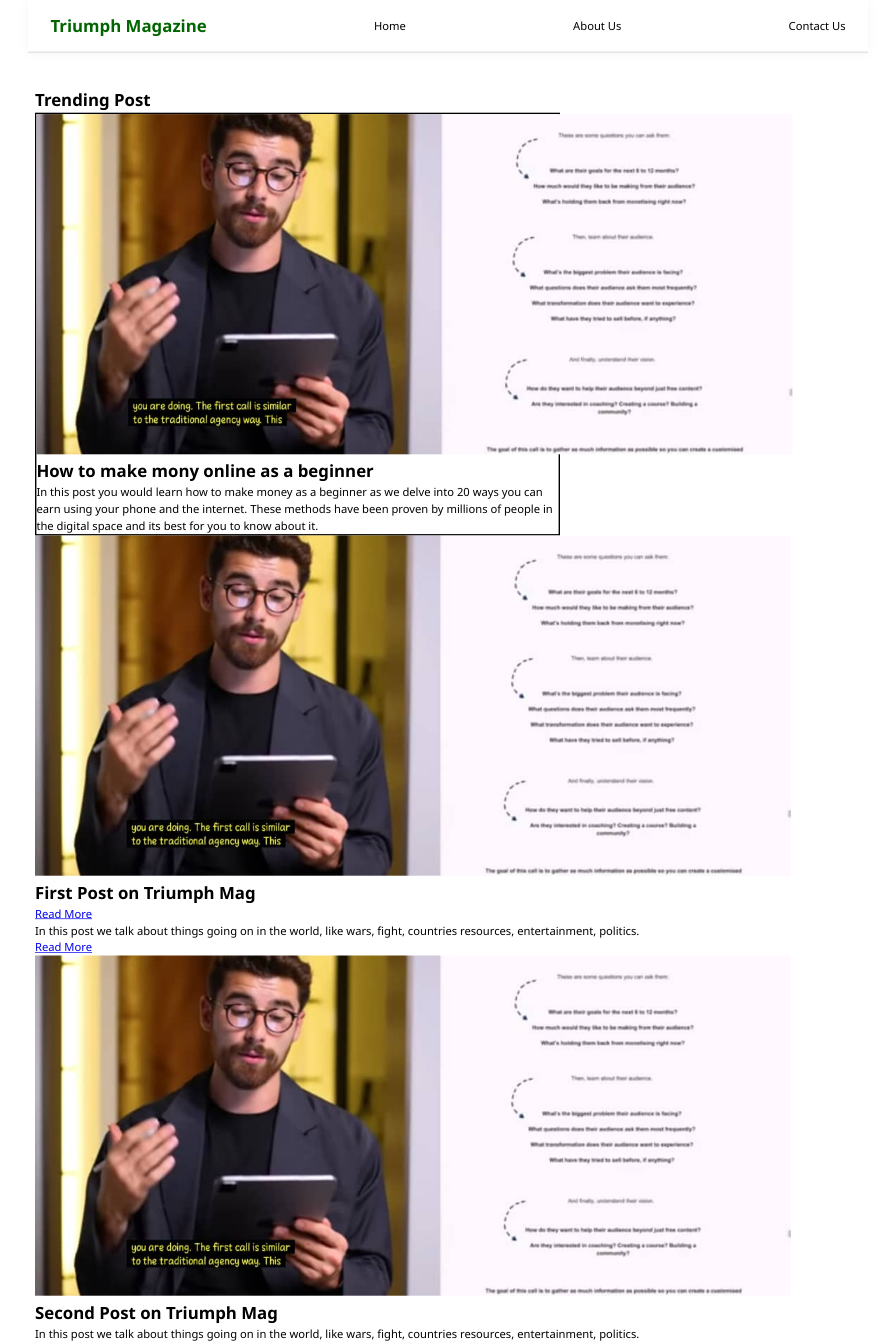
Repository: zikcolle/Triumph-Blog
Page: index.html
The author's editor kept a copy of each file at every save. The page is drawn from the files as they stood at one save, then again after a run of saves.
The browser window is 1280 px wide. The pictures show the part of the page from y = 0 to 1920 px (the page is 4943 px tall before and 5573 px after), at 70% of full size.

Above is the page before, as saved 2026-06-20 15:38:05.

After the next 2 saves:
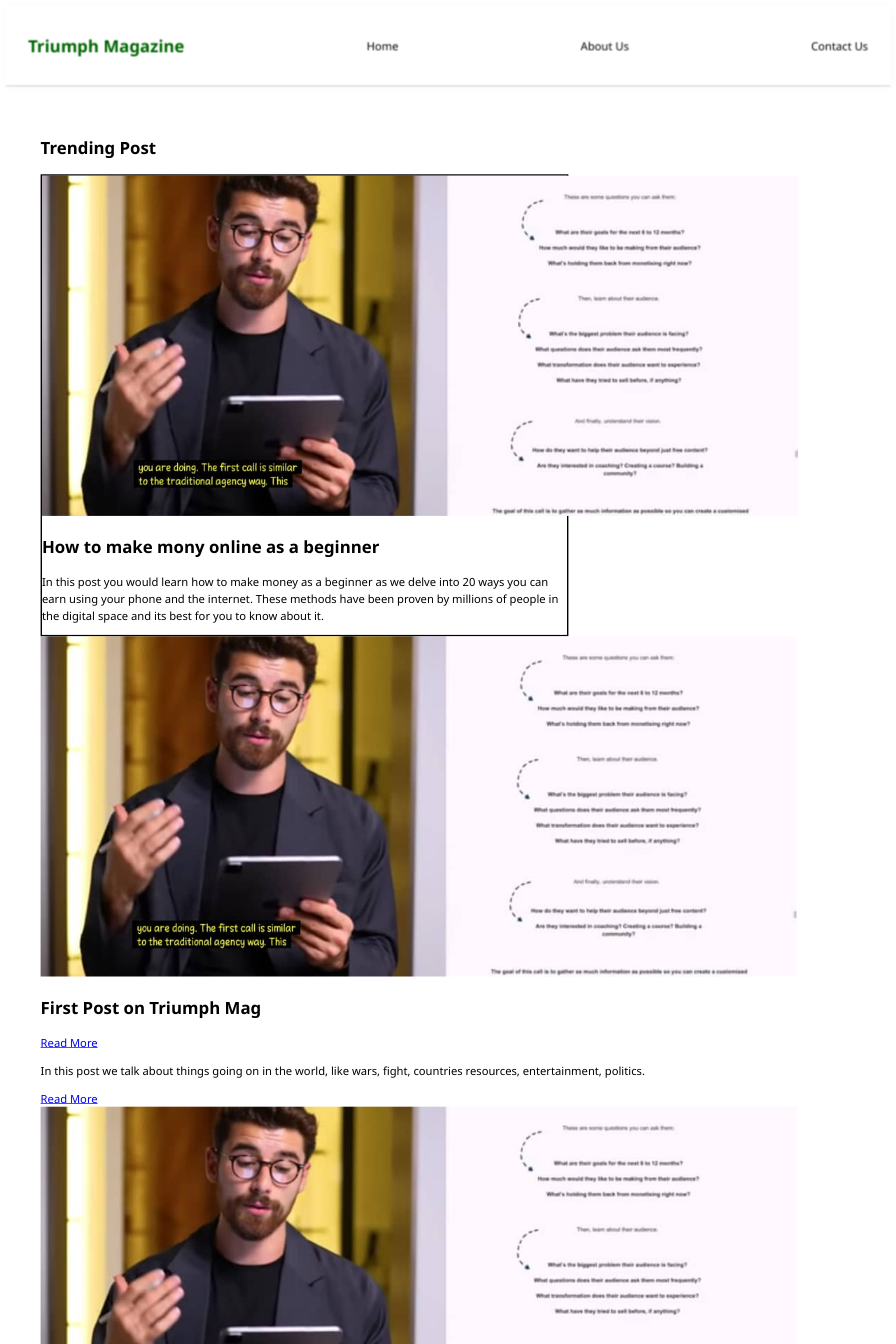
The 2 saves are shown as one change because they came seconds apart.
The last was saved 36 s later.
--- a/styles.css
+++ b/styles.css
@@ -1,10 +1,3 @@
-* {
-    margin: 0;
-    padding: 0;
-    box-sizing: border-box;
-    scroll-behavior: smooth;
-}
-
 body {
     background-color: rgb(255, 255, 255);
     color: rgb(0, 0, 0);
